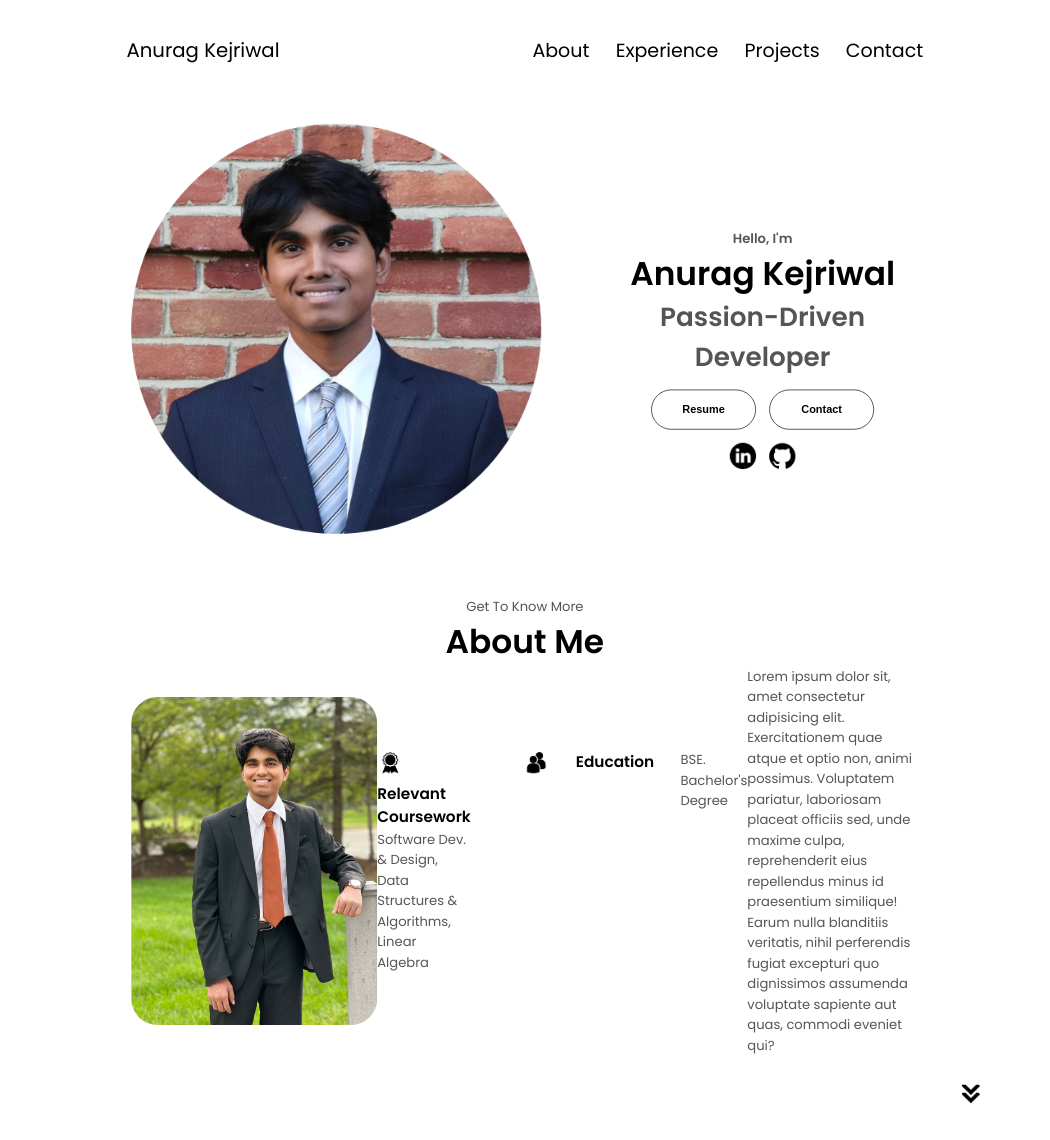
Repository: anuragkej/OldPortfolio
Page: index.html
The author's editor kept a copy of each file at every save. The page is drawn from the files as they stood at one save, then again after the next save.
The browser window is 1280 px wide. The pictures show the whole page, at 82% of full size.

Above is the page before, as saved 2024-05-26 04:56:35.

After the next save:
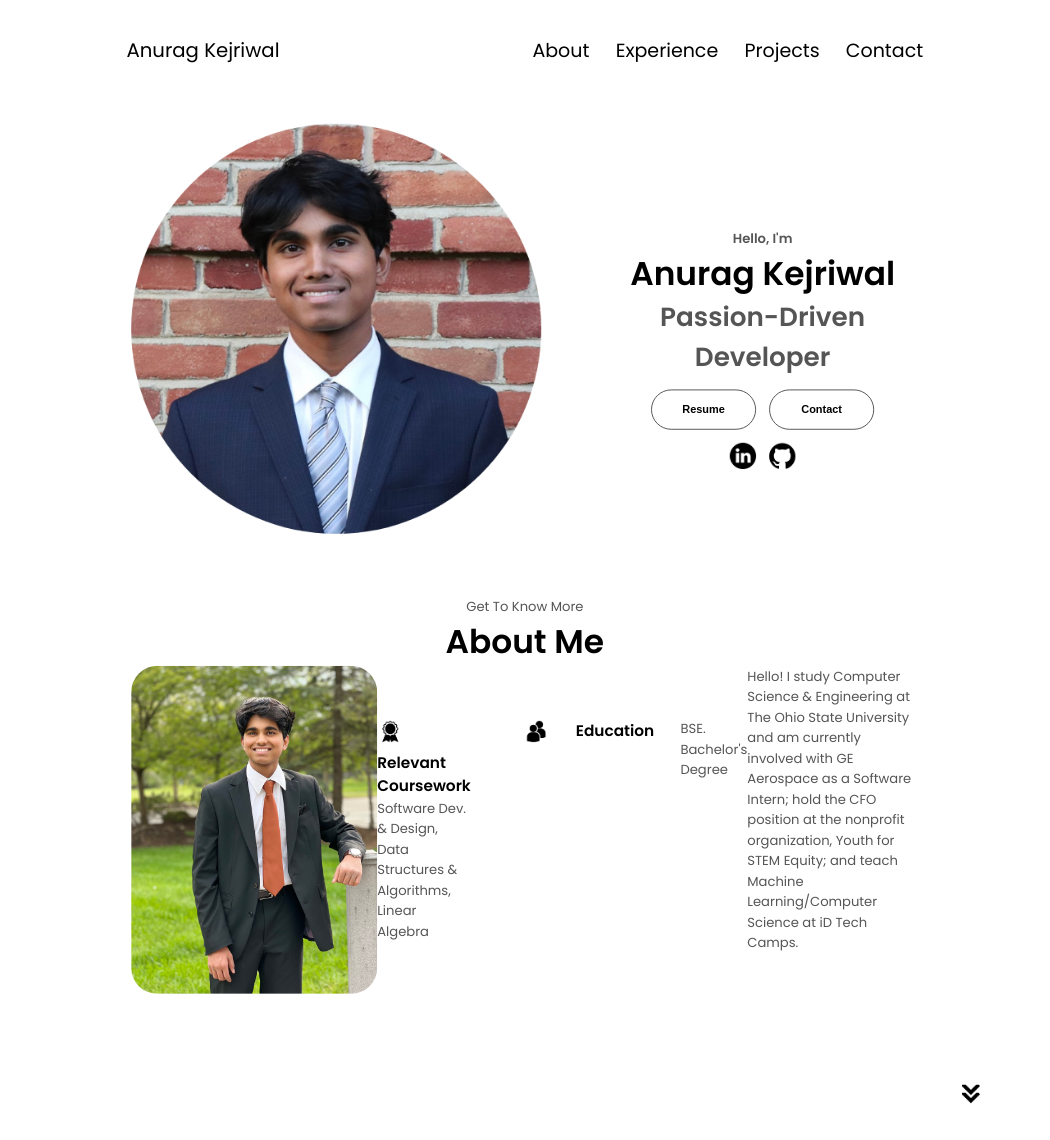
Saved 29 s later.
--- a/index.html
+++ b/index.html
@@ -78,7 +78,7 @@
             </div>
         </div>
         <div class="text-container">
-            <p>Lorem ipsum dolor sit, amet consectetur adipisicing elit. Exercitationem quae atque et optio non, animi possimus. Voluptatem pariatur, laboriosam placeat officiis sed, unde maxime culpa, reprehenderit eius repellendus minus id praesentium similique! Earum nulla blanditiis veritatis, nihil perferendis fugiat excepturi quo dignissimos assumenda voluptate sapiente aut quas, commodi eveniet qui?</p>
+            <p>Hello! I study Computer Science & Engineering at The Ohio State University and am currently involved with GE Aerospace as a Software Intern; hold the CFO position at the nonprofit organization, Youth for STEM Equity; and teach Machine Learning/Computer Science at iD Tech Camps.</p>
         </div>
         </div>
         <img src="./assets/arrow.png"
